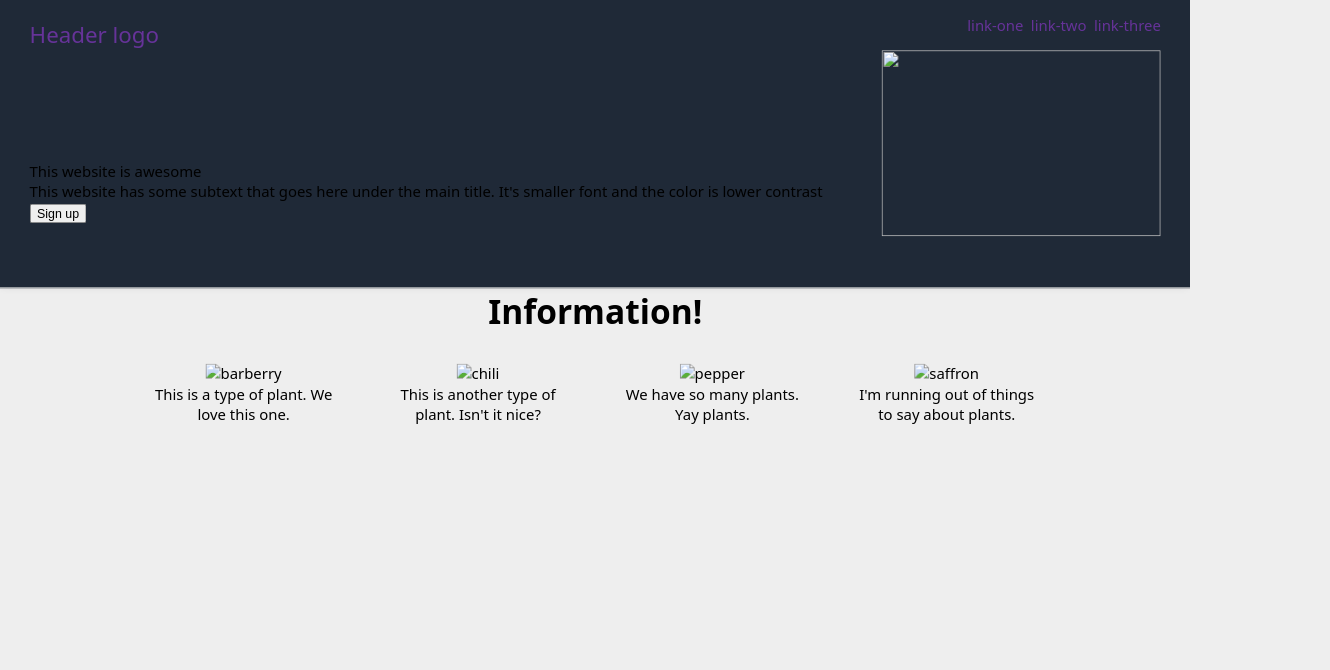
Repository: Simkela4/PROJECT-Landing-page
Page: page.html
The author's editor kept a copy of each file at every save. The page is drawn from the files as they stood at one save, then again after the next save.
The browser window is 1280 px wide. The page is 1280 px wide, then 1430 px, so the pictures cover 1430 px, including what lies to the right of the window. The pictures show the whole page, at 93% of full size.

Above is the page before, as saved 2025-02-04 15:16:46.
Not found: home/simkela/Downloads/barberry.png
Not found: home/simkela/Downloads/chilli.png
Not found: home/simkela/Downloads/pepper.png

### page.html
<!DOCTYPE html>
<html lang="en">
<head>
    <meta charset="UTF-8">
    <meta name="viewport" content="width=device-width, initial-scale=1.0">
    <title>Website</title>
    <link rel="stylesheet" href="style.css">



</head>
<body>
    <div class="header">

      <div class="levo">
        <div class="logo" >
          Header logo
        </div>
        <div class="velikitekst">This website is awesome</div>
        <div class="malitekst">This website has some subtext that goes here under the main title. It's smaller font and the color is lower contrast</div>
        <button type="button">Sign up</button>

        </div>

<div class="desno">
          <ul class="links">
            <li><a href="https://google.com">link-one</a></li>
            <li><a href="https://google.com">link-two</a></li>
            <li><a href="https://google.com">link-three</a></li>
          </ul>
          <img src="/home/simkela/Pictures/man-7768120_1280.webp" width="300" height="200">
        </div>
      </div>











<div class="intro">

  <div class="title">Information!</div>

  <div class="container">
    <div class="info">
      <img   src="/home/simkela/Downloads/barberry.png" alt="barberry" class="slika"  >
      <div class="text">This is a type of plant. We love this one.</div>
    </div>
    <div class="info">
      <img   src="/home/simkela/Downloads/chilli.png" alt="chili" class="slika">
      <div class="text">This is another type of plant. Isn't it nice?</div>
    </div>
    <div class="info">
      <img  src="/home/simkela/Downloads/pepper.png" alt="pepper" class="slika">
      <div class="text">We have so many plants. Yay plants.</div>
    </div>
    <div class="info">
      <img  src="/home/simkela/Downloads/saffron.png" alt="saffron" class="slika" >
      <div class="text">I'm running out of things to say about plants.</div>
    </div>
  </div>

</div>
<div class="main"></div>
<div class="end"></div>
<div class="footer"></div>
</body>
</html>

### style.css
body {
    margin: 0;
    background: #eee;
    font-family: system-ui, -apple-system, BlinkMacSystemFont, 'Segoe UI', Roboto, Oxygen, Ubuntu, Cantarell, 'Open Sans', 'Helvetica Neue', sans-serif
  }

  .header {
    background: #1F2937;
    border-bottom: 1px solid #ddd;
    box-shadow: 0 0 8px rgba(0,0,0,.1);
    height: 500 px;
    padding-bottom: 50px;
    display: flex;
    align-items: center;
    justify-content:space-around;


  }

  .left{

    margin: 200px;



  }
  .logo {
    color: rebeccapurple;
    font-size: 24px;
    margin: 120px;
    margin-top: 0;
    margin-left: 0;

    list-style-type: none;
    display: flex;
    justify-content: left;
    gap: 8px;

  }

  a {
    /* this removes the line under our links */
    text-decoration: none;
    color: rebeccapurple;
  }

  ul {
    list-style-type: none;
    display: flex;
    justify-content: right;
    gap: 8px;
  }


  .intro {

    text-align: center;
  }
  f
  .slika{
    width: 100px;
     height: 100px;
     border: 5px solid black;

  }

  .title {
    font-size: 36px;
    font-weight: 900;
  }

  .title {
    margin-bottom: 32px;
  }

  .container {
    display: flex;
    justify-content: center;
    gap: 52px;
  }

  .info {
    max-width: 200px;
  }

After the next save:
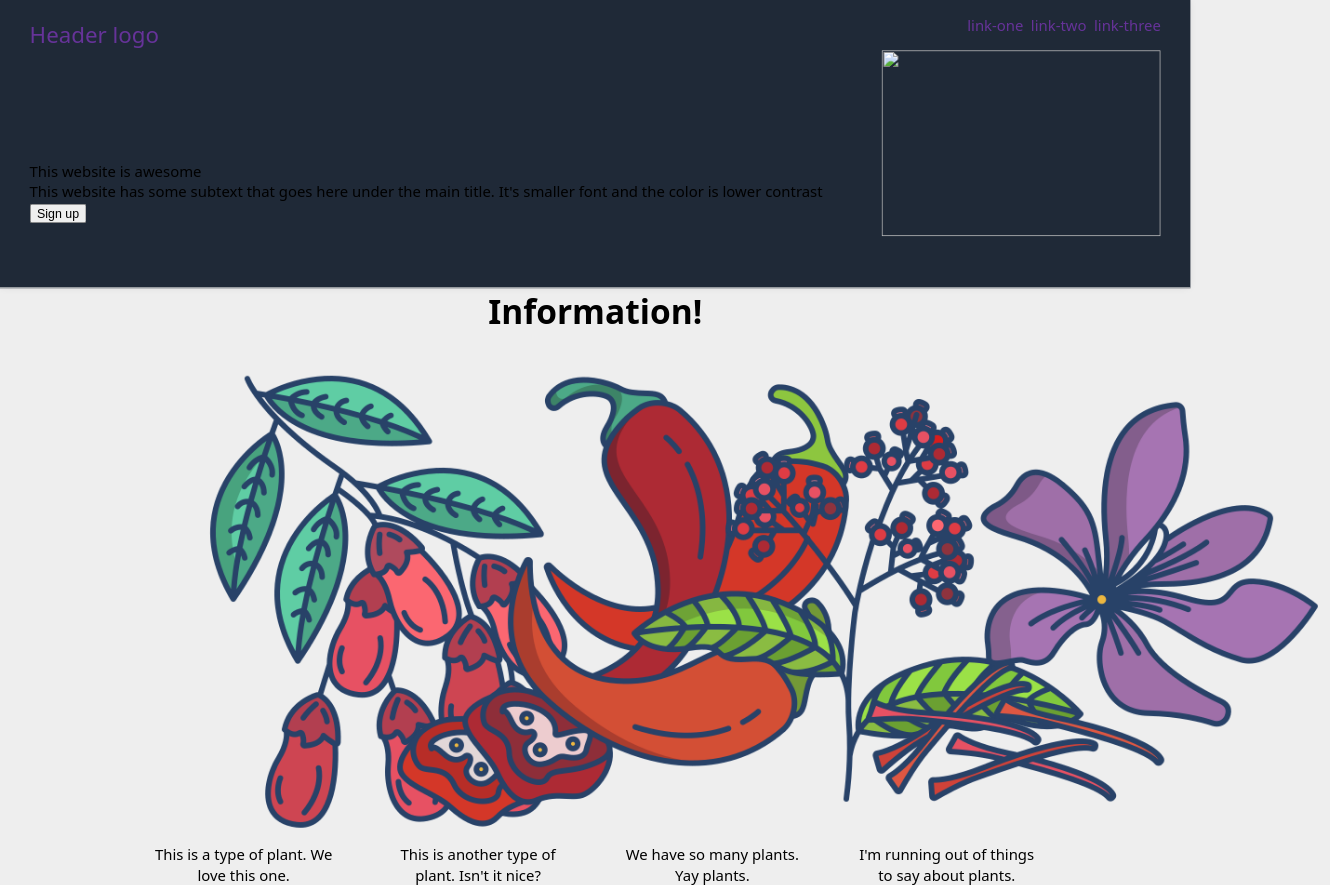
Saved 5 min 13 s later.
--- a/page.html
+++ b/page.html
@@ -48,19 +48,19 @@
 
   <div class="container">
     <div class="info">
-      <img   src="/home/simkela/Downloads/barberry.png" alt="barberry" class="slika"  >
+      <img   src="assets/barberry.png" alt="barberry" class="slika"  >
       <div class="text">This is a type of plant. We love this one.</div>
     </div>
     <div class="info">
-      <img   src="/home/simkela/Downloads/chilli.png" alt="chili" class="slika">
+      <img   src="assets/chilli.png" alt="chili" class="slika">
       <div class="text">This is another type of plant. Isn't it nice?</div>
     </div>
     <div class="info">
-      <img  src="/home/simkela/Downloads/pepper.png" alt="pepper" class="slika">
+      <img  src="assets/pepper.png" alt="pepper" class="slika">
       <div class="text">We have so many plants. Yay plants.</div>
     </div>
     <div class="info">
-      <img  src="/home/simkela/Downloads/saffron.png" alt="saffron" class="slika" >
+      <img  src="assets/saffron.png" alt="saffron" class="slika" >
       <div class="text">I'm running out of things to say about plants.</div>
     </div>
   </div>
